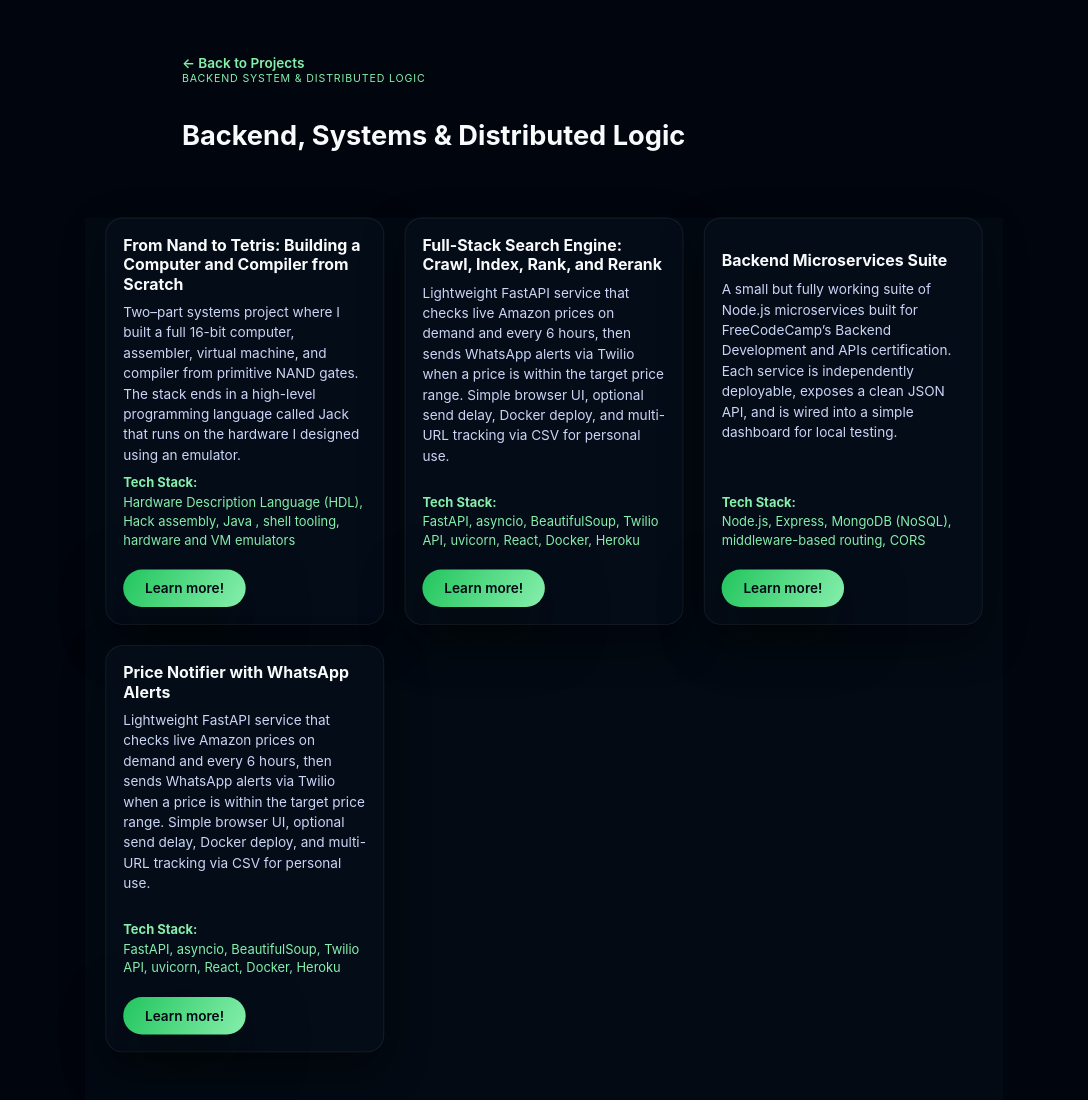
Repository: Abdulaziz-04/Abdulaziz-04.github.io
Page: projects/backend_systems.html
An editor plug-in stored every save of this project. The page is shown before and after the next save, followed by the edit.
The browser window is 1280 px wide. The pictures show the whole page, at 85% of full size.

Above is the page before, as saved 2025-11-21 17:47:07.

### projects/backend_systems.html
<!DOCTYPE html>
<html lang="en">
  <head>
    <meta charset="UTF-8" />
    <meta name="viewport" content="width=device-width, initial-scale=1" />
    <title>Backend, Systems &amp; Distributed Logic | Projects</title>
    <link rel="stylesheet" href="../assets/css/styles.css" />
  </head>
  <body class="category-page">
    <header class="category-hero">
      <a class="category-back" href="../index.html#projects"
        >&larr; Back to Projects</a
      >
      <a class="category-pill" href="../index.html#projects"
        >Backend System &amp; Distributed Logic</a
      >
      <br />
      <h1>Backend, Systems &amp; Distributed Logic</h1>
    </header>
    <main class="section category-section">
      <div class="project-modal-grid">
        <article class="project-modal-card">
          <div class="project-modal__body">
            <h3>
              From Nand to Tetris: Building a Computer and Compiler from Scratch
            </h3>
            <p class="project-modal__summary">
              Two–part systems project where I built a full 16-bit computer,
              assembler, virtual machine, and compiler from primitive NAND
              gates. The stack ends in a high-level programming language called
              Jack that runs on the hardware I designed using an emulator.
            </p>
            <p class="project-modal__tech">
              <strong>Tech Stack:</strong>
              Hardware Description Language (HDL), Hack assembly, Java , shell
              tooling, hardware and VM emulators
            </p>
            <div class="project-modal__actions">
              <a
                class="btn primary"
                href="../deepdives/backend_systems/nand2tetris/nand2tetris.html"
                >Learn more!</a
              >
            </div>
          </div>
        </article>
        <article class="project-modal-card">
          <div class="project-modal__body">
            <h3>Full-Stack Search Engine: Crawl, Index, Rank, and Rerank</h3>
            <p class="project-modal__summary">
              Lightweight FastAPI service that checks live Amazon prices on
              demand and every 6 hours, then sends WhatsApp alerts via Twilio
              when a price is within the target price range. Simple browser UI,
              optional send delay, Docker deploy, and multi-URL tracking via CSV
              for personal use.
            </p>
            <p class="project-modal__tech">
              <strong>Tech Stack:</strong> FastAPI, asyncio, BeautifulSoup,
              Twilio API, uvicorn, React, Docker, Heroku
            </p>
            <div class="project-modal__actions">
              <a
                class="btn primary"
                href="../deepdives/backend_systems/price_notifier/price_notifier.html"
                >Learn more!</a
              >
            </div>
          </div>
        </article>

        <article class="project-modal-card">
          <div class="project-modal__body">
            <h3>Backend Microservices Suite</h3>
            <p class="project-modal__summary">
              A small but fully working suite of Node.js microservices built for
              FreeCodeCamp’s Backend Development and APIs certification. Each
              service is independently deployable, exposes a clean JSON API, and
              is wired into a simple dashboard for local testing.
            </p>
            <p class="project-modal__tech">
              <strong>Tech Stack:</strong>
              Node.js, Express, MongoDB (NoSQL), middleware-based routing, CORS
            </p>
            <div class="project-modal__actions">
              <a
                class="btn primary"
                href="../deepdives/backend_systems/microservices/microservices.html"
                >Learn more!</a
              >
            </div>
          </div>
        </article>

        <article class="project-modal-card">
          <div class="project-modal__body">
            <h3>Price Notifier with WhatsApp Alerts</h3>
            <p class="project-modal__summary">
              Lightweight FastAPI service that checks live Amazon prices on
              demand and every 6 hours, then sends WhatsApp alerts via Twilio
              when a price is within the target price range. Simple browser UI,
              optional send delay, Docker deploy, and multi-URL tracking via CSV
              for personal use.
            </p>
            <p class="project-modal__tech">
              <strong>Tech Stack:</strong> FastAPI, asyncio, BeautifulSoup,
              Twilio API, uvicorn, React, Docker, Heroku
            </p>
            <div class="project-modal__actions">
              <a
                class="btn primary"
                href="../deepdives/backend_systems/price_notifier/price_notifier.html"
                >Learn more!</a
              >
            </div>
          </div>
        </article>
      </div>
    </main>
  </body>
</html>

### assets/css/styles.css
:root {
  --bg: #030a13;
  --bg-alt: #050f1f;
  --panel: #071425;
  --panel-soft: rgba(34, 197, 94, 0.08);
  --accent: #22c55e;
  --accent-strong: #86efac;
  --text: #f8fafc;
  --muted: #cbd5f5;
  --border: rgba(255, 255, 255, 0.08);
  --radius: 18px;
  --shadow: 0 25px 70px rgba(1, 8, 4, 0.55);
}

* {
  box-sizing: border-box;
}

body {
  margin: 0;
  min-height: 100vh;
  font-family: "Inter", "Segoe UI", system-ui, -apple-system, BlinkMacSystemFont,
    sans-serif;
  color: var(--text);
  background: radial-gradient(circle at 15% 35%, rgba(34, 197, 94, 0.15), transparent 45%),
    radial-gradient(circle at 80% 0%, rgba(134, 239, 172, 0.2), transparent 35%),
    #020718;
  scroll-behavior: smooth;
  padding-top: 0;
}

.modal-open {
  overflow: hidden;
}

main {
  background: var(--bg);
}

.section {
  max-width: 1080px;
  margin: 0 auto;
  padding: 3.5rem 1.5rem;
}

.site-header {
  margin: 0;
  padding: clamp(4rem, 12vw, 6rem) clamp(1.5rem, 6vw, 4rem) 3.5rem;
  background: linear-gradient(135deg, rgba(5, 18, 12, 0.9), rgba(3, 10, 19, 0.85)),
    radial-gradient(circle at top left, rgba(34, 197, 94, 0.25), transparent 55%);
  box-shadow: inset 0 1px 0 rgba(255, 255, 255, 0.05);
  min-height: 85vh;
  display: flex;
  align-items: center;
}

.hero-header {
  margin-top: 0;
  padding-top: clamp(4.5rem, 12vw, 7rem);
}

.top-nav {
  position: fixed;
  top: 0;
  left: 0;
  width: 100%;
  padding: 0.75rem clamp(1.25rem, 6vw, 4rem);
  background: rgba(4, 9, 20, 0.95);
  border-bottom: 1px solid rgba(255, 255, 255, 0.05);
  backdrop-filter: blur(14px);
  display: flex;
  align-items: center;
  justify-content: space-between;
  gap: 1rem;
  z-index: 50;
}

.top-nav__brand {
  font-size: 0.85rem;
  letter-spacing: 0.3em;
  text-transform: uppercase;
  color: var(--muted);
}

.top-nav__links {
  display: flex;
  align-items: center;
  gap: 0.9rem;
  flex-wrap: wrap;
}

.nav-link {
  text-decoration: none;
  color: var(--muted);
  font-weight: 600;
  letter-spacing: 0.08em;
  text-transform: uppercase;
  padding: 0.4rem 0.85rem;
  border-radius: 999px;
  transition: color 0.2s ease, background 0.2s ease;
}

.nav-link:hover {
  color: var(--text);
}

.nav-link.active {
  background: var(--accent);
  color: #03140c;
}

.hire-btn {
  cursor: pointer;
  background: var(--accent);
  color: black;
  padding: 0.95rem 2.4rem;
  font-size: 1.1rem;
  font-weight: 700;
  border: none;
  border-radius: 999px;
  box-shadow: 0 12px 28px rgba(34, 197, 94, 0.35);
}

.hero-grid {
  display: grid;
  grid-template-columns: minmax(0, 1.4fr) minmax(220px, 320px);
  gap: clamp(2rem, 4vw, 3.5rem);
  width: 100%;
  align-items: start;
}

.hero-text h1 {
  font-size: clamp(2.5rem, 5vw, 3.8rem);
  margin: 0.2rem 0 0.8rem;
}

.hero-lede {
  color: var(--muted);
  font-size: 1.05rem;
  max-width: 560px;
  line-height: 1.6;
}

.eyebrow {
  text-transform: uppercase;
  color: var(--accent-strong);
}

.hero-summary {
  margin: 1.5rem 0 1.75rem;
  color: var(--muted);
}

.summary-list {
  font-size: large;
  margin: 0;
  padding-left: 1.5rem;
}

.summary-list li {
  margin-bottom: 0.55rem;
  line-height: 1.5;
}

.hero-actions {
  display: flex;
  flex-wrap: wrap;
  gap: 1rem;
  width: 100%;
}

.hero-actions .hire-btn {
  padding: 1.1rem 2.8rem;
  font-size: 1.2rem;
}

.btn {
  display: inline-flex;
  align-items: center;
  justify-content: center;
  gap: 0.4rem;
  padding: 0.75rem 1.6rem;
  border-radius: 999px;
  text-decoration: none;
  font-weight: 600;
  transition: transform 0.2s ease, box-shadow 0.2s ease;
}

.btn.primary {
  background: linear-gradient(120deg, var(--accent), var(--accent-strong));
  color: #020714;
  box-shadow: var(--shadow);
}

.btn.secondary {
  border: 1px solid var(--accent);
  color: var(--accent-strong);
}

.btn:hover {
  transform: translateY(-2px);
}

.hero-photo {
  justify-self: center;
}

.hero-photo img {
  width: clamp(220px, 18vw, 280px);
  border-radius: 28px;
  border: 1px solid rgba(134, 239, 172, 0.2);
  box-shadow: 0 20px 60px rgba(0, 0, 0, 0.6);
  filter: saturate(1.05);
}

.section h2 {
  margin-top: 0;
  font-size: 2rem;
}

.experience-grid {
  display: grid;
  grid-template-columns: repeat(auto-fit, minmax(300px, 1fr));
  gap: 1.75rem;
}

.experience-title {
  display: flex;
  justify-content: space-between;
  align-items: center;
  gap: 1rem;
  font-size: 1.2rem;
}

.experience-title .role {
  color: var(--text); /* default text color */
  font-weight: 600;
}

.experience-title .org {
  color:#6DF9C9;
  white-space: nowrap;
}

.experience-card,
.project-card {
  background: linear-gradient(145deg, var(--panel), rgba(6, 14, 18, 0.9));
  border-radius: var(--radius);
  border: 1px solid var(--border);
  padding: 1.75rem;
  box-shadow: var(--shadow);
}

.timeline {
  border-left: 2px solid var(--border);
  margin-top: 1.25rem;
}

.timeline-item {
  padding-left: 1.75rem;
  margin-bottom: 1.75rem;
  position: relative;
}

.timeline-header {
  display: flex;
  justify-content: space-between;
  align-items: baseline;
  gap: 1rem;
}

.timeline-header h3 {
  margin: 0;
}

.education-title {
  display: flex;
  justify-content: space-between;
  gap: 0.75rem;
  align-items: baseline;
  flex-wrap: wrap;
}

.edu-gpa {
  color: var(--accent-strong);
  white-space: nowrap;
  font-size: 0.95rem;
}





.hire-modal {
  position: fixed;
  inset: 0;
  background: rgba(5, 9, 18, 0.8);
  display: flex;
  justify-content: center;
  align-items: center;
  z-index: 100;
}

.hire-modal[hidden] {
  display: none;
}

.hire-modal__panel {
  background: #050b16;
  border: 1px solid rgba(255, 255, 255, 0.08);
  border-radius: 22px;
  padding: 1.75rem;
  width: min(90%, 420px);
  box-shadow: 0 30px 80px rgba(0, 0, 0, 0.55);
  position: relative;
  color: var(--text);
}

.hire-modal__panel p {
  color: var(--muted);
}

.hire-modal__close {
  position: absolute;
  top: 0.5rem;
  right: 0.75rem;
  background: var(--accent);
  color: #02120b;
  border: none;
  font-size: 1.35rem;
  font-weight: 700;
  cursor: pointer;
  width: 2.25rem;
  height: 2.25rem;
  border-radius: 999px;
  display: inline-flex;
  align-items: center;
  justify-content: center;
  line-height: 1;
}

.hire-options {
  display: flex;
  flex-direction: column;
  gap: 0.75rem;
  margin-top: 1rem;
}

.hire-option {
  display: flex;
  justify-content: space-between;
  align-items: center;
  padding: 0.85rem 1rem;
  border-radius: 1rem;
  text-decoration: none;
  color: var(--text);
  border: 1px solid rgba(255, 255, 255, 0.08);
  background: rgba(255, 255, 255, 0.02);
  transition: background 0.2s ease, transform 0.2s ease;
}

.hire-option:hover {
  background: rgba(34, 197, 94, 0.18);
  transform: translateY(-2px);
}

.hire-option small {
  color: var(--muted);
  letter-spacing: 0.04em;
}

.hire-modal__action {
  margin-top: 1.5rem;
  width: 100%;
  text-align: center;
}

.timeline-item::before {
  content: "";
  width: 11px;
  height: 11px;
  border-radius: 999px;
  background: var(--accent);
  box-shadow: 0 0 16px rgba(34, 197, 94, 0.8);
  position: absolute;
  left: -6px;
  top: 4px;
}

.timeline-date {
  font-size: 0.85rem;
  letter-spacing: 0.1em;
  text-transform: uppercase;
  color: var(--muted);
}

.course-dropdown {
  margin-top: 1.5rem;
}

.course-toggle {
  width: 100%;
  background: transparent;
  border: 1px solid rgba(255, 255, 255, 0.08);
  border-radius: var(--radius);
  padding: 0.75rem 1.1rem;
  color: var(--text);
  font: inherit;
  font-weight: 600;
  letter-spacing: 0.04em;
  display: flex;
  justify-content: space-between;
  align-items: center;
  cursor: pointer;
  transition: border-color 0.2s ease, transform 0.2s ease, box-shadow 0.2s ease;
}

.course-toggle:hover {
  border-color: rgba(134, 239, 172, 0.7);
  box-shadow: 0 0 20px rgba(34, 197, 94, 0.25);
  transform: translateY(-1px);
}

.course-toggle__icon {
  font-size: 1.1rem;
  line-height: 1;
  transition: transform 0.25s ease;
}

.course-toggle[aria-expanded='true'] .course-toggle__icon {
  transform: rotate(45deg);
}

.course-panel {
  margin-top: 1rem;
  border-left: 2px solid rgba(134, 239, 172, 0.3);
  padding-left: 1.25rem;
}

.course-panel[hidden] {
  display: none;
}

.course-panel__body h4 {
  margin-top: 1rem;
  margin-bottom: 0.5rem;
}

.certifications-list {
  display: grid;
  gap: 1rem;
  margin-top: 1rem;
}

#certifications {
  scroll-margin-top: 140px;
}

.cert-list {
  list-style: none;
  padding: 0;
  margin: 0;
  display: flex;
  flex-direction: column;
  gap: 0.75rem;
}

.cert-title {
  font-weight: 700;
}

.cert-meta {
  font-size: 0.95rem;
  color: var(--muted);
}

.loading-text,
.loading-error {
  color: var(--muted);
  font-style: italic;
}

.loading-error {
  color: #fda4af;
}

.project-card--featured {
  display: flex;
  flex-wrap: wrap;
  gap: 1.5rem;
}

.project-media img {
  max-width: 280px;
  border-radius: var(--radius);
  border: 1px solid rgba(34, 197, 94, 0.3);
}

.project-grid {
  display: grid;
  grid-template-columns: repeat(auto-fit, minmax(240px, 1fr));
  gap: 1.25rem;
  margin-top: 1rem;
}

.projects-overview .projects-lede {
  color: var(--muted);
  max-width: 760px;
  margin-bottom: 2rem;
}

.project-category-grid {
  display: grid;
  grid-template-columns: repeat(auto-fit, minmax(260px, 1fr));
  gap: 1.5rem;
  margin-top: 2rem;
}

.project-category-card {
  border: 1px solid var(--border);
  border-radius: var(--radius);
  padding: 1.75rem;
  background: rgba(7, 19, 33, 0.85);
  display: flex;
  flex-direction: column;
  gap: 0.75rem;
  box-shadow: 0 15px 40px rgba(0, 0, 0, 0.35);
  min-height: 260px;
}

.category-pill {
  text-transform: uppercase;
  letter-spacing: 0.08em;
  font-size: 0.78rem;
  color: var(--accent-strong);
  margin: 0;
  display: block;
  min-height: 2.2em;
  text-decoration: none;
  cursor: pointer;
}

.project-category-card h3 {
  margin: 0;
  line-height: 1.35;
  min-height: 3.2em;
}

.project-category-card > p:not(.category-pill) {
  margin: 0;
  line-height: 1.5;
  min-height: 4.4em;
}

.category-link {
  align-self: flex-start;
  margin-top: auto;
}

.category-page {
  background: #01050d;
  color: var(--text);
  min-height: 100vh;
  margin: 0;
}

.category-hero {
  max-width: 900px;
  margin: 0 auto;
  padding: 4rem 1.5rem 2rem;
  text-align: left;
}

.category-hero h1 {
  margin-top: 0.5rem;
}

.category-back {
  text-decoration: none;
  color: var(--accent-strong);
  font-weight: 600;
}

.category-section {
  padding-top: 0;
}

.category-description {
  color: var(--muted);
  max-width: 720px;
}

.project-modal-grid {
  display: grid;
  grid-template-columns: repeat(auto-fit, minmax(280px, 1fr));
  gap: 1.5rem;
  margin-top: 1.5rem;
  align-items: stretch;
  grid-auto-rows: 1fr;
}

.project-modal-card {
  border: 1px solid rgba(255, 255, 255, 0.08);
  border-radius: 20px;
  padding: 1.25rem;
  background: rgba(5, 13, 25, 0.95);
  display: flex;
  flex-direction: column;
  gap: 1rem;
  box-shadow: 0 20px 50px rgba(0, 0, 0, 0.45);
  height: 100%;
}

.project-modal__body {
  display: grid;
  grid-template-rows: auto 1fr auto auto;
  gap: 0.6rem;
  height: 100%;
}

.project-modal-card h3 {
  margin: 0;
  min-height: 2.6rem;
  display: flex;
  align-items: flex-end;
}

.project-modal__body h3,
.project-modal__body p {
  margin: 0;
}

.project-modal__summary {
  color: var(--muted);
  line-height: 1.5;
  min-height: 0;
}

.project-modal__tech {
  font-size: 0.95rem;
  color: var(--accent-strong);
  min-height: 2.4rem;
  line-height: 1.5;
}

.project-modal__tech strong,
.project-modal__tech b {
  display: block;
}

.project-modal__actions {
  display: flex;
  gap: 0.75rem;
  flex-wrap: wrap;
  margin-top: auto;
  padding-top: 0.75rem;
}

.category-footer {
  text-align: center;
  color: var(--muted);
  padding: 2rem 1rem 3rem;
}

.project-detail-page {
  background: #01050d;
  color: var(--text);
  margin: 0;
}

.detail-hero {
  max-width: 960px;
  margin: 0 auto;
  padding: 4rem 1.5rem 2rem;
}

.detail-summary {
  color: var(--muted);
  font-size: 1.1rem;
}

.detail-meta {
  list-style: none;
  padding: 0;
  margin: 1.5rem 0 0;
  display: flex;
  flex-wrap: wrap;
  gap: 1rem 2rem;
  color: var(--accent-strong);
}

.detail-content {
  padding-top: 0;
}

.home-page p,
.home-page li,
.home-page .course-panel__body {
  text-align: justify;
}

.home-page .projects-overview p,
.home-page .project-category-card p {
  text-align: left;
}

.project-detail-page p,
.project-detail-page li {
  text-align: justify;
}

.detail-section {
  margin-bottom: 2.5rem;
}

.detail-gallery {
  display: flex;
  flex-direction: column;
  gap: 1.5rem;
}

.detail-gallery .gallery-row {
  display: flex;
  flex-direction: column;
  gap: 1.75rem;
  align-items: center;
}

.detail-gallery .gallery-row--two {
  width: 100%;
  display: grid;
  grid-template-columns: repeat(auto-fit, minmax(280px, 1fr));
  gap: 1.25rem;
  align-items: start;
}

.detail-gallery .gallery-item {
  flex: 0 0 auto;
  max-width: 880px;
  margin: 0 auto;
  text-align: center;
}

.detail-gallery .gallery-item figcaption {
  text-align: center;
}

.detail-gallery .gallery-item img {
  display: block;
  width: 100%;
  height: auto;
  border-radius: 12px;
  border: 1px solid rgba(255, 255, 255, 0.08);
  margin: 0 auto;
  transform: none;
}

.detail-video {
  display: block;
  width: 100%;
  max-width: 720px;
  height: auto;
  margin: 0 auto;
  border-radius: 12px;
  border: 1px solid rgba(255, 255, 255, 0.08);
  background: #000;
}

.detail-gallery__grid {
  display: grid;
  grid-template-columns: repeat(auto-fit, minmax(240px, 1fr));
  gap: 1.25rem;
}

.detail-gallery__grid img {
  width: 100%;
  border-radius: 14px;
  border: 1px solid rgba(255, 255, 255, 0.08);
}

.detail-snippet pre {
  background: #020714;
  padding: 1.25rem;
  border-radius: 16px;
  border: 1px solid rgba(255, 255, 255, 0.08);
  overflow-x: auto;
}

.code-emphasis {
  font-size: 1.4em;
}

.skills-list {
  display: flex;
  flex-wrap: wrap;
  gap: 0.65rem;
}

.skill-pill {
  --pill-bg: rgba(148, 163, 184, 0.15);
  --pill-color: #f8fafc;
  --pill-icon: rgba(255, 255, 255, 0.85);
  display: inline-flex;
  align-items: center;
  gap: 0.4rem;
  padding: 0.45rem 0.9rem;
  border-radius: 0.85rem;
  background: var(--pill-bg);
  color: var(--pill-color);
  font-size: 0.78rem;
  font-weight: 700;
  letter-spacing: 0.05em;
  text-transform: uppercase;
  border: 1px solid rgba(255, 255, 255, 0.06);
  box-shadow: 0 6px 14px rgba(0, 0, 0, 0.25);
}

.skill-pill i {
  font-size: 1rem;
  color: var(--pill-icon);
}

.site-footer {
  text-align: center;
  display: flex;
  justify-content: center;
  padding: 2.5rem 1rem 3rem;
  color: var(--muted);
  border-top: 1px solid var(--border);
  background: linear-gradient(180deg, rgba(5, 9, 18, 0.98), rgba(2, 7, 24, 0.95));
  margin-top: 0;
  box-shadow: 0 -18px 45px rgba(0, 0, 0, 0.45);
}

.site-footer p {
  margin: 0;
}

@media (max-width: 1024px) {
  .hero-grid {
    grid-template-columns: 1fr;
    text-align: center;
  }

  .hero-photo {
    order: -1;
  }

  .top-nav {
    flex-direction: column;
    align-items: flex-start;
    gap: 0.5rem;
  }

  .top-nav__links {
    width: 100%;
    justify-content: flex-start;
    gap: 0.5rem;
  }

  .hire-btn {
    width: 100%;
    text-align: center;
  }
}

@media (max-width: 640px) {
  .hero-header {
    padding-top: 9rem;
  }

  .experience-title {
    flex-direction: column;
    align-items: flex-start;
    gap: 0.35rem;
    font-size: 1.05rem;
  }

  .experience-title .org {
    white-space: normal;
    width: 100%;
  }
}


/* Medium size for first GIF */
.gallery-item--medium {
  text-align: center;
}

.gallery-item--medium img {
  max-width: 720px;
  width: 100%;
  height: auto;
  display: block;
  margin: 0 auto;
}

.gallery-item figcaption {
  margin-top: 0.95rem;
  color: var(--muted);
  line-height: 1.5;
}

.hero-screens {
  display: flex;
  flex-wrap: wrap;
  justify-content: center;
  align-items: flex-start;
  gap: 1.25rem;
}

.hero-screens .gallery-item {
  max-width: 220px;
  width: 100%;
  display: flex;
  flex-direction: column;
  align-items: center;
}

.hero-screens .gallery-item img {
  width: 100%;
  height: 420px;
  display: block;
  margin: 0 auto;
  object-fit: contain;
}

.hero-screens .gallery-item figcaption {
  text-align: center;
  margin-top: 0.75rem;
}


a {
  color: #b6f5c9;
}

a:hover {
  color: #8ef0af;
}

After the next save:
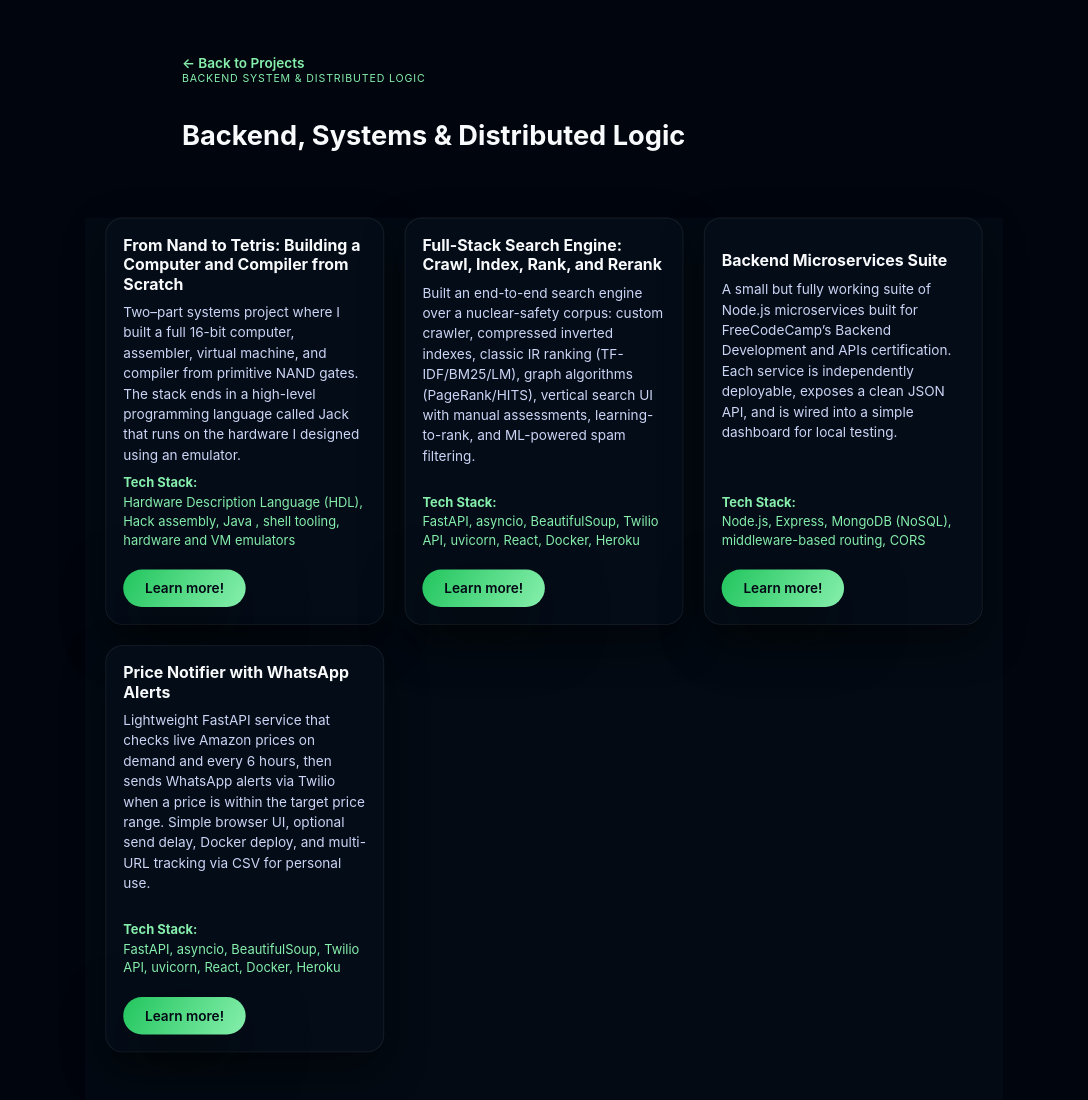
Saved 20 s later.
--- a/projects/backend_systems.html
+++ b/projects/backend_systems.html
@@ -48,11 +48,11 @@
           <div class="project-modal__body">
             <h3>Full-Stack Search Engine: Crawl, Index, Rank, and Rerank</h3>
             <p class="project-modal__summary">
-              Lightweight FastAPI service that checks live Amazon prices on
-              demand and every 6 hours, then sends WhatsApp alerts via Twilio
-              when a price is within the target price range. Simple browser UI,
-              optional send delay, Docker deploy, and multi-URL tracking via CSV
-              for personal use.
+              Built an end-to-end search engine over a nuclear-safety corpus:
+              custom crawler, compressed inverted indexes, classic IR ranking
+              (TF-IDF/BM25/LM), graph algorithms (PageRank/HITS), vertical
+              search UI with manual assessments, learning-to-rank, and
+              ML-powered spam filtering.
             </p>
             <p class="project-modal__tech">
               <strong>Tech Stack:</strong> FastAPI, asyncio, BeautifulSoup,
